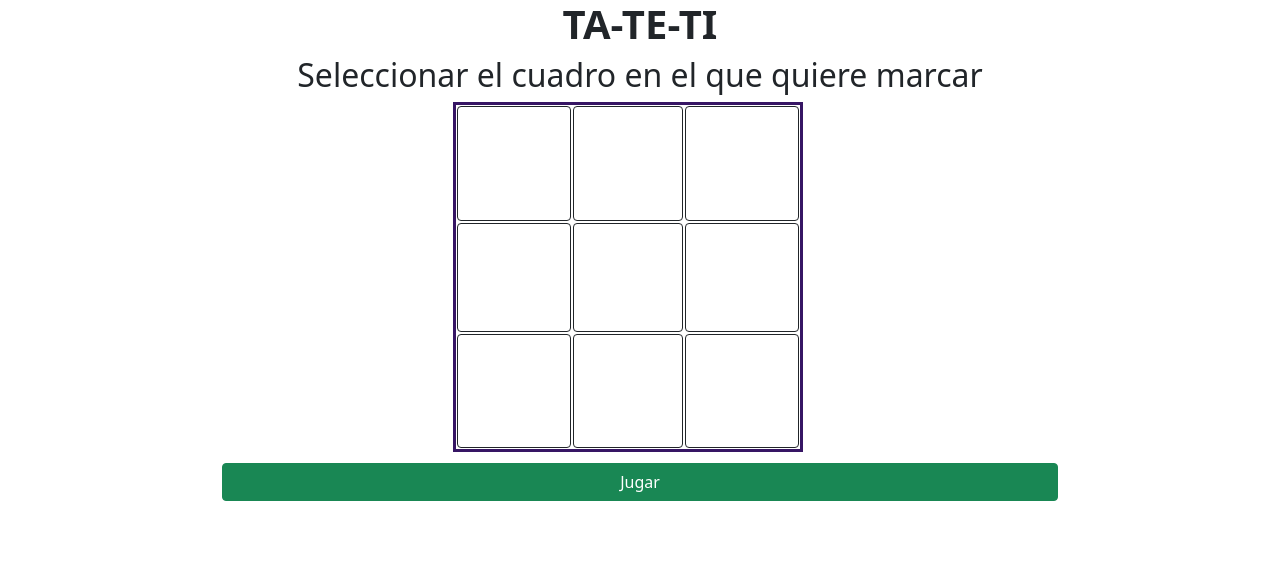
Repository: Lean97-start/TATETI
Page: Tateti.html
The author's editor kept a copy of each file at every save. The page is drawn from the files as they stood at one save, then again after the next save.
The browser window is 1280 px wide. The pictures show the whole page.

Above is the page before, as saved 2021-07-11 23:17:57.
Console error: SyntaxError: Unexpected token ')'

### Tateti.html
<!DOCTYPE html>
<html lang="en">
<head>
    <meta charset="UTF-8">
    <link rel="stylesheet" type="text/css" href="Tateti.css">
    <link rel="stylesheet" href="Tateti.js">
    <link rel="stylesheet" type="text/css" href="https://necolas.github.io/normalize.css/8.0.1/normalize.css">
    <title>TATETI</title>
    <link href="https://cdn.jsdelivr.net/npm/bootstrap@5.0.2/dist/css/bootstrap.min.css" rel="stylesheet" integrity="sha384-EVSTQN3/azprG1Anm3QDgpJLIm9Nao0Yz1ztcQTwFspd3yD65VohhpuuCOmLASjC" crossorigin="anonymous">
</head>
<body>
    <div class="container">
        <H1 class="fw-bold text-center">TA-TE-TI</H1>
        <H2 class="fw-normal text-center">Seleccionar el cuadro en el que quiere marcar</H2>

            <div class="row w-100 h-100 bg-white text-center">
                <table class="border-3 text-center" id="cuadro">
                    <tr>
                        <td><button class="btn border-dark w-100 h-100" id="11"></button></td>
                        <td><button class="btn border-dark w-100 h-100" id="21"></button></td>
                        <td><button class="btn border-dark w-100 h-100" id="31"></button></td>
                    </tr>
                    <tr>
                        <td><button class="btn border-dark w-100 h-100" id="12"></button></td>
                        <td><button class="btn border-dark w-100 h-100" id="22"></button></td>
                        <td><button class="btn border-dark w-100 h-100" id="32"></button></td>
                    </tr>
                    <tr>
                        <td><button class="btn border-dark w-100 h-100" id="13"></button></td>
                        <td><button class="btn border-dark w-100 h-100" id="23"></button></td>
                        <td><button class="btn border-dark w-100 h-100" id="33"></button></td>
                    </tr>
                </table>
            </div>
            <div class="row">
                <div class="btn ">
                    <button type="button" class="btn btn-success my-1 w-75" id="btn-jugar">Jugar</button>
                </div>
            </div>

        </div>
    <script src="Tateti.js"></script>
    <script src="https://cdn.jsdelivr.net/npm/bootstrap@5.0.2/dist/js/bootstrap.bundle.min.js" integrity="sha384-MrcW6ZMFYlzcLA8Nl+NtUVF0sA7MsXsP1UyJoMp4YLEuNSfAP+JcXn/tWtIaxVXM" crossorigin="anonymous"></script>
</body>
</html>

### Tateti.css
h1{
    font-size: 55px;
    text-align: center;
}
h2{
    font-size: 30px;
    text-align: center;
}
#cuadro{
    border: 1px rgb(54, 21, 100) solid;
    background: white;
    position: static;
    height: 350px;
    width: 350px;
    margin: auto;


}
.entradas{
    text-align: center;
    font-family: Arial, Helvetica, sans-serif;
    font-size: 60px;
    height: 80px;
    width: 80px;
    box-sizing: border-box;

}

### Tateti.js
let var1, var2, var3,var4, var5,var6 = undefined
function mostrar(){
    let prueba = document.getElementById('v1');
    alert(prueba);
}
function jugarTurno (){
    if(){

    }
    else if (var1 != undefined || var2 != undefined || var3 != undefined ||var4 != undefined ||var5 != undefined || var6 != undefined ){

    }


}

After the next save:
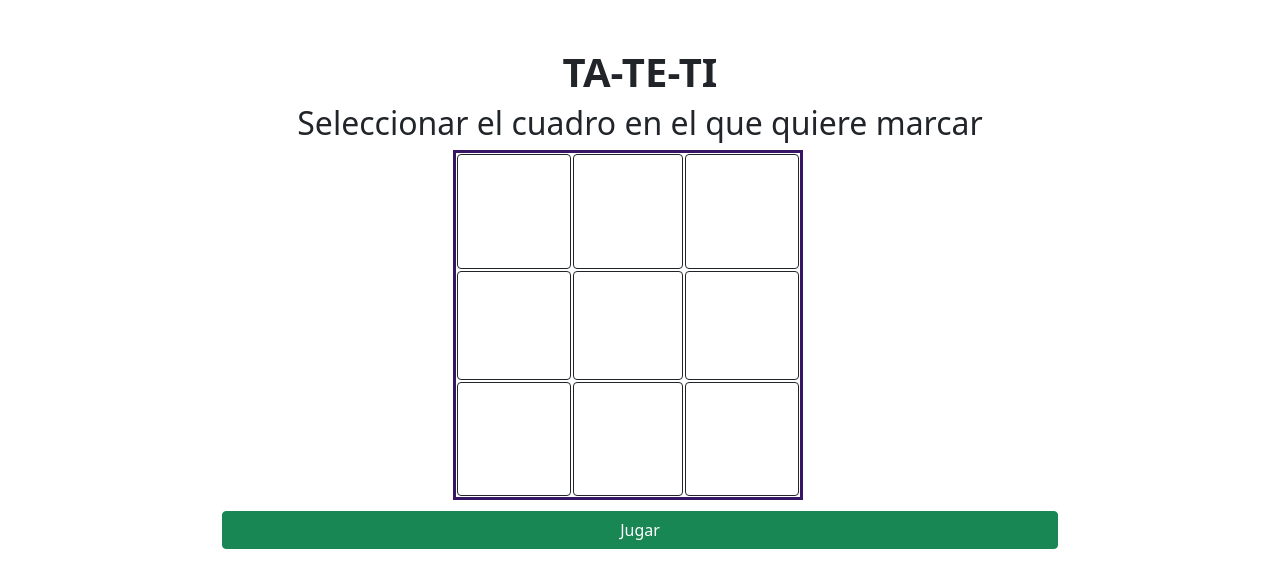
Saved 36 s later.
--- a/Tateti.html
+++ b/Tateti.html
@@ -9,7 +9,7 @@
     <link href="https://cdn.jsdelivr.net/npm/bootstrap@5.0.2/dist/css/bootstrap.min.css" rel="stylesheet" integrity="sha384-EVSTQN3/azprG1Anm3QDgpJLIm9Nao0Yz1ztcQTwFspd3yD65VohhpuuCOmLASjC" crossorigin="anonymous">
 </head>
 <body>
-    <div class="container">
+    <div class="container mt-5">
         <H1 class="fw-bold text-center">TA-TE-TI</H1>
         <H2 class="fw-normal text-center">Seleccionar el cuadro en el que quiere marcar</H2>
 
